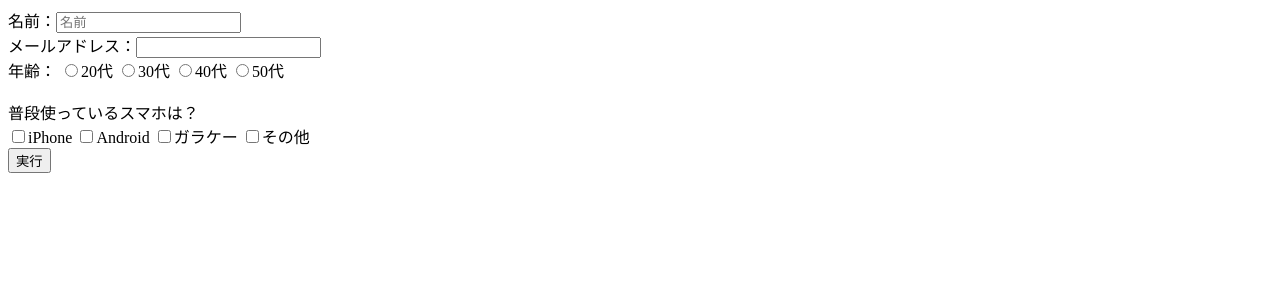
Repository: picalin/samurai_typing-game
Page: JavaScript_tutorial/Practice.html
The author's editor kept a record of every edit. The page is drawn from the files as they stood at one moment, then again after the next edit.
The browser window is 1280 px wide. The pictures show the whole page.

Above is the page before.

After the next edit:
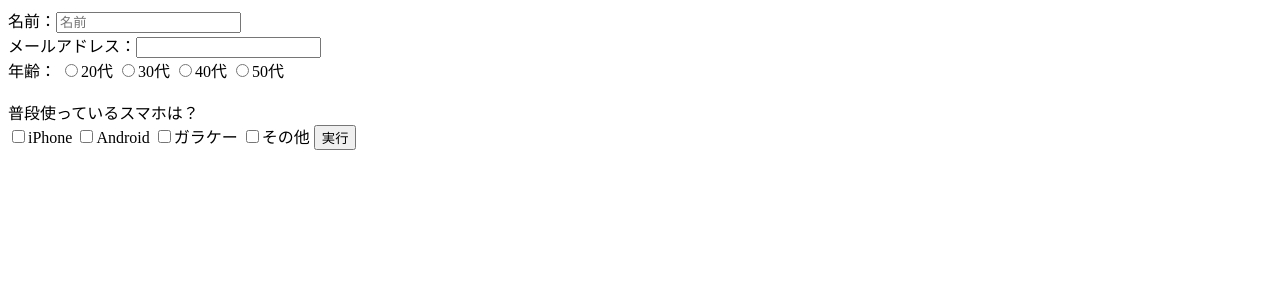
The edit:
--- a/JavaScript_tutorial/Practice.html
+++ b/JavaScript_tutorial/Practice.html
@@ -25,7 +25,7 @@
         <input type="checkbox" name="phone" value="android" />Android
         <input type="checkbox" name="phone" value="garakei" />ガラケー
         <input type="checkbox" name="phone" value="other" />その他
-      </form>
+
 
       <button id="btn">実行</button>
 
